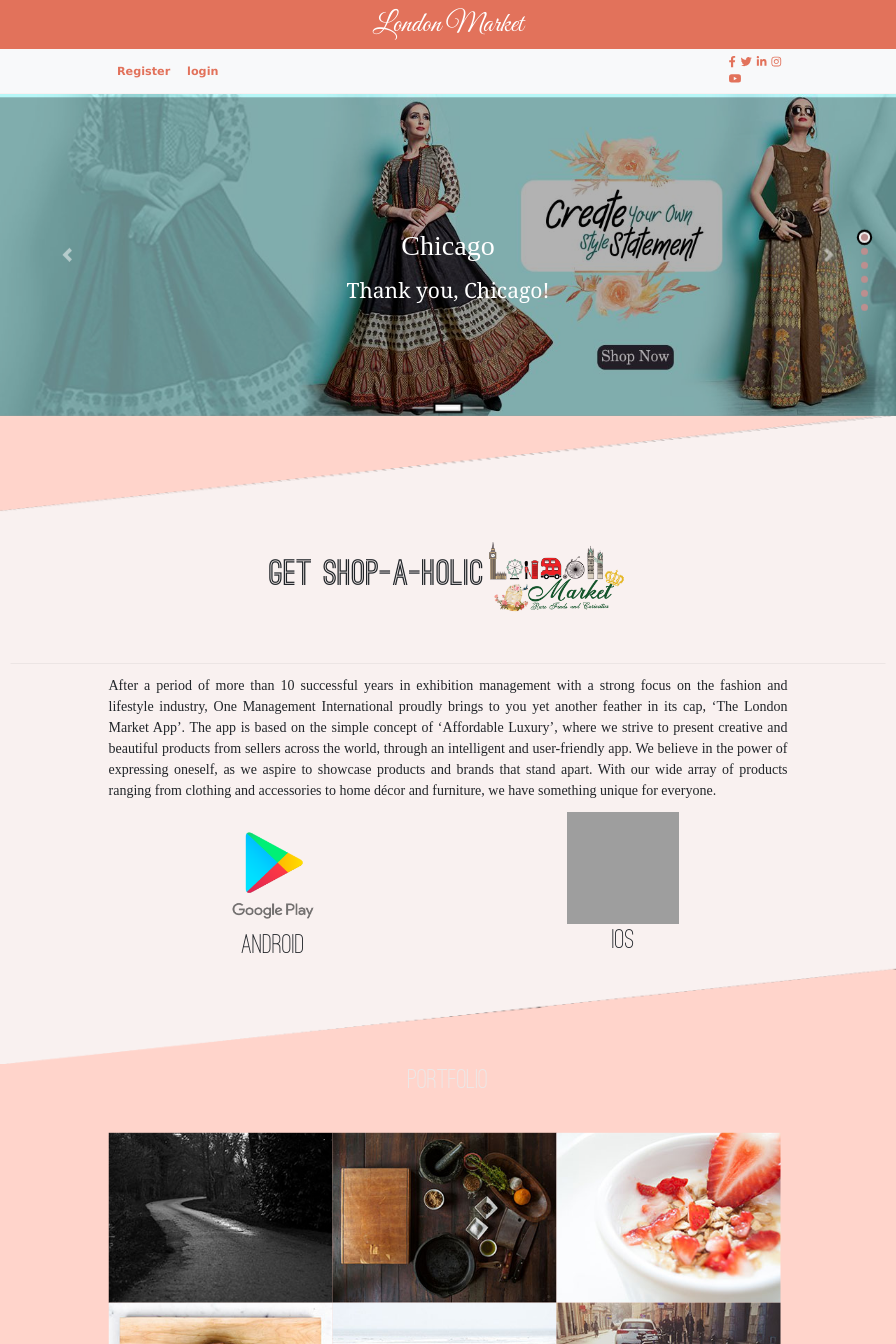
Repository: Demonster1999/newshoperrepo
Page: index.html
The author's editor kept a copy of each file at every save. The page is drawn from the files as they stood at one save, then again after the next save.
The browser window is 1280 px wide. The pictures show the part of the page from y = 0 to 1920 px (the page is 4111 px tall before and 4088 px after), at 70% of full size.
Pictures or frames that could not be fetched are drawn as grey boxes. Some web libraries are served in a nearby version.

Above is the page before, as saved 2020-07-21 13:26:26.
Console error: TypeError: Cannot read properties of null (reading 'getContext')

### index.html
<!DOCTYPE html>
<head>
	<meta charset="UTF-8">
	<title>London Market</title>
	<meta name="keywords" content="" />
	<meta name="description" content="" />
    <meta name="viewport" content="width=device-width, initial-scale=1.0">
    <!--
    	Roller Template
		http://www.london-market.com/preview/london-market_424_roller
	-->
	<link rel="stylesheet" href="https://fonts.googleapis.com/css2?family=Great+Vibes">
	<link href="http://fonts.googleapis.com/css?family=Open+Sans:300,400,700" rel="stylesheet" type="text/css">
	<!-- <link href="css/font-awesome.min.css" rel="stylesheet">FontAwesome Icons -->
	<link rel="stylesheet" href="https://cdnjs.cloudflare.com/ajax/libs/font-awesome/5.14.0/css/all.min.css"
		integrity="sha512-1PKOgIY59xJ8Co8+NE6FZ+LOAZKjy+KY8iq0G4B3CyeY6wYHN3yt9PW0XpSriVlkMXe40PTKnXrLnZ9+fkDaog=="
		crossorigin="anonymous" />
	<link rel="stylesheet" href="https://maxcdn.bootstrapcdn.com/bootstrap/4.0.0/css/bootstrap.min.css" integrity="sha384-Gn5384xqQ1aoWXA+058RXPxPg6fy4IWvTNh0E263XmFcJlSAwiGgFAW/dAiS6JXm" crossorigin="anonymous">
	<link rel="stylesheet" href="fonts/ostrich-sans.css">
	<link href="css/LondonMarket.css" rel="stylesheet" type="text/css">
	<link rel="stylesheet" href="css/into-to-app.css">
	<link rel="stylesheet" href="css/navbar.css">
	<link rel="stylesheet" href="css/carousel.css">

</head>
<body>
	<nav class="navbar custom-nav sticky-top p-0 m-0 ">
		<a class="navbar-brand mx-auto text-white" style="font-family: Great Vibes; font-size: 40px;" href="#">London Market</a>

	  </nav>

	<nav class="navbar third-nav navbar-expand-lg navbar-light bg-light">
		<div class="container">
			<button class="navbar-toggler navbar-toggler-icon" type="button" data-toggle="collapse" data-target="#navbarSupportedChontent"
			aria-controls="navbarSupportedContent" aria-expanded="false" aria-label="Toggle navigation">
			<span class=""></span>
		</button>


		<div class="collapse navbar-collapse" id="navbarSupportedContent">
			<ul class="navbar-nav  mr-auto text-center">

				<li class="nav-item">
					<a class=" " href="#">Register</a>
				</li>
				<li class="nav-item ">
					<a class="" href="#">login</a>
				</li>


		</div>
		<div class="   ">
			<!-- social icons  -->
			<button class="fab fa-facebook-f"></button>
			<button class="fab fa-twitter"></button>
			<button class="fab fa-linkedin-in"></button>
			<button class="fab fa-instagram"></button>
			<button class="fab fa-youtube"></button>
		</div>
		</div>

	</nav>


	<!-- nav with dots  -->
	<nav class="nav">
        <ul>
            <li class="dot1 active" id="ec1" data-toggle="tooltip" data-placement="left" title="Tooltip on left"></li>
            <li class="dot2" id="ec2" data-toggle="tooltip" data-placement="left" title="Tooltip on left"></li>
            <li class="dot3" id="ec3"  data-toggle="tooltip" data-placement="left" title="Tooltip on left"></li>
			<li class="dot4" id="ec4"  data-toggle="tooltip" data-placement="left" title="Tooltip on left"></li>
			<li class="dot5" id="ec5"  data-toggle="tooltip" data-placement="left" title="Tooltip on left"></li>
			<li class="dot5" id="ec5"  data-toggle="tooltip" data-placement="left" title="Tooltip on left"></li>
        </ul>
    </nav>

		<section class="" id="home">
			<div id="demo" class="carousel slide" data-ride="carousel">
				<ul class="carousel-indicators">
					<li data-target="#demo" data-slide-to="0" class="active"></li>
					<li data-target="#demo" data-slide-to="1"></li>
					<li data-target="#demo" data-slide-to="2"></li>
					<!-- <li data-target="#demo" data-slide-to="3"></li> -->
				</ul>
				<div class="carousel-inner">
					<div class="carousel-item active">
						<img src="images/carousel/carousel1.jpg" alt="Los Angeles"   >
						<div class="carousel-caption">
							<h3>Los Angeles</h3>
							<p>We had such a great time in LA!</p>
						</div>
					</div>
					<div class="carousel-item">
						<img src="images/carousel/carousel4.jpg" alt="Chicago"  >
						<div class="carousel-caption">
							<h3>Chicago</h3>
							<p>Thank you, Chicago!</p>
						</div>
					</div>
					<div class="carousel-item">
						<img src="images/carousel/cp11.jpg" alt="Chicago" >
						<div class="carousel-caption">
							<h3>Chicago</h3>
							<p>Thank you, Chicago!</p>
						</div>
					</div>
					<!-- <div class="carousel-item">
						<img src="images/images/lmimages/Adobe_20200716_143015.png" alt="Chicago">
						<div class="carousel-caption">
							<h3>Chicago</h3>
							<p>Thank you, Chicago!</p>
						</div>
					</div> -->
					<!-- <div class="carousel-item">
						<img src="images/carousel/carousel3.jpg" alt="New York" class=" w-100" style="height: 300px; max-height: 500px;">
						<div class="carousel-caption">
							<h3>New York</h3>
							<p>We love the Big Apple!</p>
						</div>
					</div> -->
				</div>
				<a class="carousel-control-prev" href="#demo" data-slide="prev">
					<span class="carousel-control-prev-icon"></span>
				</a>
				<a class="carousel-control-next" href="#demo" data-slide="next">
					<span class="carousel-control-next-icon"></span>
				</a>
			</div>
		</section>

<section class=" intro-to-app container-fluid">
	<img src="images/tm-border-black-top.png" class="w-100 img-top" alt="">
	<div class="container-fluid text-center ">
		<h1 class="mx-auto i "> Get Shop-a-holic</h1>
		<img src="images/images/lmimages/lm.png" class="p-0 m-0" width=200px height="200px" alt="" >

		<hr>


		<div class="container ">
			<p class="lead text-justify">After a period of more than 10 successful years in exhibition management with a strong focus on the fashion and
			lifestyle industry, One Management International proudly brings to you yet another feather in its cap, ‘The London
			Market App’.
			The app is based on the simple concept of ‘Affordable Luxury’, where we strive to present creative and beautiful
			products from sellers across the world, through an intelligent and user-friendly app. We believe in the power of
			expressing oneself, as we aspire to showcase products and brands that stand apart. With our wide array of products
			ranging from clothing and accessories to home décor and furniture, we have something unique for everyone.
</p>
               <div class="row">
<div class="col-md-6 p-2 text-center">
	<a href="https://play.google.com/store/apps/details?id=com.prpwebs.londonmarket" class="h1"> <img src="images/logos/play store.png" class=" " width="160px" height="160px" alt="play">
		<center> Android</center>
	</a>
</div>
<div class="col-md-6 text-center">
	<a href="" class="h1"> <img src="images/logos/hiclipart.com.png" class=" " width="160px" height="160px" alt="app">
		<center>ios</center>
	</a>

</div>
			   </div>

		</div>
	</div>
	<img src="images/tm-border-black-bottom.png" class="w-100 imgbottom" alt="">
</section>





		<section class="tm-dark-bg tm-section" id="portfolio">
			<div class="container">
				<div class="row">
					<div class="col-lg-12 col-md-12 col-sm-12 col-xs-12 text-center">
						<h1 class="tm-light-gray-text text-center text-uppercase">Portfolio</h1>
						<div class="tm-portfolio-images-container margin-top-50">
							<div class="tm-image-container">
								<div class="tm-portfolio-image-overlay text-center">
									<div class="absolute-center">
										<a href="#" class="fa fa-search"></a>
										<h2 class="text-uppercase tm-white-text">Lorem</h2>
										<p class="text-uppercase">sagittis</p>
									</div>
								</div>
								<img src="images/portfolio/01.jpg" alt="Portfolio 1">
							</div>
							<div class="tm-image-container">
								<div class="tm-portfolio-image-overlay">
									<div class="absolute-center">
										<a href="#" class="fa fa-search"></a>
										<h2 class="text-uppercase tm-white-text">Dimperdiet</h2>
										<p class="text-uppercase">Aliquam</p>
									</div>
								</div>
								<img src="images/portfolio/02.jpg" alt="Portfolio 2">
							</div>
							<div class="tm-image-container">
								<div class="tm-portfolio-image-overlay">
									<div class="absolute-center">
										<a href="#" class="fa fa-search"></a>
										<h2 class="text-uppercase tm-white-text">Pellentesque</h2>
										<p class="text-uppercase">noemer</p>
									</div>
								</div>
								<img src="images/portfolio/03.jpg" alt="Portfolio 3">
							</div>
							<div class="tm-image-container">
								<div class="tm-portfolio-image-overlay">
									<div class="absolute-center">
										<a href="#" class="fa fa-search"></a>
										<h2 class="text-uppercase tm-white-text">Aenean</h2>
										<p class="text-uppercase">pharetra</p>
									</div>
								</div>
								<img src="images/portfolio/04.jpg" alt="Portfolio 4">
							</div>
							<div class="tm-image-container">
								<div class="tm-portfolio-image-overlay">
									<div class="absolute-center">
										<a href="#" class="fa fa-search"></a>
										<h2 class="text-uppercase tm-white-text">condimentum</h2>
										<p class="text-uppercase">libero</p>
									</div>
								</div>
								<img src="images/portfolio/05.jpg" alt="Portfolio 5">
							</div>
							<div class="tm-image-container">
								<div class="tm-portfolio-image-overlay">
									<div class="absolute-center">
										<a href="#" class="fa fa-search"></a>
										<h2 class="text-uppercase tm-white-text">nulla</h2>
										<p class="text-uppercase">consectetur</p>
									</div>
								</div>
								<img src="images/portfolio/06.jpg" alt="Portfolio 6">
							</div>
							<div class="tm-image-container tm-show-hide">
								<div class="tm-portfolio-image-overlay">
									<div class="absolute-center">
										<a href="#" class="fa fa-search"></a>
										<h2 class="text-uppercase tm-white-text">Rondimentum</h2>
										<p class="text-uppercase">Sdui</p>
									</div>
								</div>
								<img src="images/portfolio/07.jpg" alt="Portfolio 7">
							</div>
							<div class="tm-image-container tm-show-hide">
								<div class="tm-portfolio-image-overlay">
									<div class="absolute-center">
										<a href="#" class="fa fa-search"></a>
										<h2 class="text-uppercase tm-white-text">imperdiet</h2>
										<p class="text-uppercase">Raugue</p>
									</div>
								</div>
								<img src="images/portfolio/08.jpg" alt="Portfolio 8">
							</div>
							<div class="tm-image-container tm-show-hide">
								<div class="tm-portfolio-image-overlay">
									<div class="absolute-center">
										<a href="#" class="fa fa-search"></a>
										<h2 class="text-uppercase tm-white-text">blandit</h2>
										<p class="text-uppercase">Aliquam</p>
									</div>
								</div>
								<img src="images/portfolio/09.jpg" alt="Portfolio 9">
							</div>
							<div class="tm-image-container tm-show-hide">
								<div class="tm-portfolio-image-overlay">
									<div class="absolute-center">
										<a href="#" class="fa fa-search"></a>
										<h2 class="text-uppercase tm-white-text">Praesent</h2>
										<p class="text-uppercase">Aliquam</p>
									</div>
								</div>
								<img src="images/portfolio/10.jpg" alt="Portfolio 10">
							</div>
							<div class="tm-image-container tm-show-hide">
								<div class="tm-portfolio-image-overlay">
									<div class="absolute-center">
										<a href="#" class="fa fa-search"></a>
										<h2 class="text-uppercase tm-white-text">Dimperdiet</h2>
										<p class="text-uppercase">Aliquam</p>
									</div>
								</div>
								<img src="images/portfolio/11.jpg" alt="Portfolio 11">
							</div>
							<div class="tm-image-container tm-show-hide">
								<div class="tm-portfolio-image-overlay">
									<div class="absolute-center">
										<a href="#" class="fa fa-search"></a>
										<h2 class="text-uppercase tm-white-text">Dimperdiet</h2>
										<p class="text-uppercase">Aliquam</p>
									</div>
								</div>
								<img src="images/portfolio/12.jpg" alt="Portfolio 12">
							</div>
						</div>
						<a href="javascript:;" class="tm-view-more tm-light-gray-text margin-top-50 text-center text-uppercase">View More</a>
					</div>
				</div>
			</div>
		</section> <!-- portfolio -->
		<section class="tm-section bg-white" id="testimonials" >
			<img src="images/tm-border-black-top.png" alt="Border" class="tm-border">
			<div class="container">
				<h1 class="text-uppercase text-center">Testimonials</h1>
				<div class="text-center margin-top-50 tm-testimonial-images-container">
					<div class="img-container">
						<div class="tm-img-circle-border absolute-center" data-comment="Sed velit elit, ornare cursus ex ac, tempor viverra mi. Vestibulum tincidunt egestas tellus, vel pharetra ante tincidunt sit amet. Vestibulum vitae velit eget metus interdum interdum." data-author="Jennifer Ves Tin" id="author1">
							<img src="images/testimonials/1.jpg" alt="Testimonial 1" class="img-circle tm-img-testimonial">
						</div>
					</div>
					<div class="img-container">
						<div class="tm-img-circle-border absolute-center" data-comment="Morbi posuere metus quam, vitae tempus nulla vehicula eu. Etiam vitae nunc faucibus, iaculis tellus eu, molestie turpis. Nam quis consequat leo. Nulla ac erat in libero porta commodo. Phasellus fringilla pharetra ullamcorper." data-author="Alicia Nulla Act" id="author2">
							<img src="images/testimonials/2.jpg" alt="Testimonial 2" class="img-circle tm-img-testimonial">
						</div>
					</div>
					<div class="img-container">
						<div class="tm-img-circle-border absolute-center active" data-comment="Suspendisse a maximus sem. Pellentesque consequat finibus metus a varius. Morbi placerat suscipit mi, in tincidunt ligula lobortis porttitor. Mauris mollis, ex sit amet sagittis elementum, tellus quam vestibulum ex, vitae cursus massa tortor et tortor." data-author="Dacilisis Luctus" id="author3">
							<img src="images/testimonials/3.jpg" alt="Testimonial 3" class="img-circle tm-img-testimonial">
						</div>

					</div>
					<div class="img-container">
						<div class="tm-img-circle-border absolute-center" data-comment="Donec laoreet nisl vel nisi posuere tempus quis at tortor. Curabitur egestas elementum est sit amet gravida. Quisque maximus diam eu turpis malesuada, in interdum massa efficitur. Vestibulum blandit pellentesque ipsum a fermentum. Duis id rutrum leo." data-author="Jessica Nisi Vel" id="author4">
							<img src="images/testimonials/4.jpg" alt="Testimonial 4" class="img-circle tm-img-testimonial">
						</div>
					</div>
					<div class="img-container">
						<div class="tm-img-circle-border absolute-center" data-comment="Integer aliquam nibh nulla, id elementum purus tempus quis. Etiam eu massa condimentum, consectetur turpis et, semper diam. Vivamus mauris ipsum, bibendum non tempor nec, ultricies a leo. Fusce eu efficitur diam. Praesent vel mi viverra leo finibus maximus sed in ipsum." data-author="Malicia Viva Fusce" id="author5">
							<img src="images/testimonials/5.jpg" alt="Testimonial 5" class="img-circle tm-img-testimonial">
						</div>
					</div>
				</div>
				<p class="text-center margin-top-50 tm-comment"><em>This is a place holder for different description text.</em></p>
				<p class="text-uppercase text-center tm-author tm-orange-text">Author Name</p>
				<hr class="tm-author-name-underline">
			</div>
		</section> <!-- testimonials -->
		<section class="tm-section tm-orange-bg" id="contact" >
			<img src="images/tm-border-white-top.png" alt="Border" class="tm-border">
			<div class="container">
				<h1 class="text-uppercase text-center">Contact Us</h1>
				<p class="text-center margin-top-50">Phasellus sed rutrum quam. Aenean mollis nec metus quis fringilla. Aliquam interdum risus quis sem rhoncus, vel iaculis lorem pulvinar. Maecenas in lorem non quam bibendum auctor vel lobortis sem.</p>
				<div class="row margin-top-50">
					<div class="col-lg-6 col-md-6 col-sm-6 col-xs-12">
						<div id="map-canvas"></div>
					</div>
					<div class="col-lg-6 col-md-6 col-sm-6 col-xs-12">
						<form action="#" method="post" class="tm-contact-form">
							<div class="form-group">
								<input type="text" id="contact_name" class="form-control" placeholder="NAME..." />
							</div>
							<div class="form-group">
								<input type="text" id="contact_email" class="form-control" placeholder="EMAIL..." />
							</div>
							<div class="form-group">
								<input type="text" id="contact_subject" class="form-control" placeholder="SUBJECT..." />
							</div>
							<div class="form-group">
								<textarea id="contact_message" class="form-control" rows="8" placeholder="WRITE A MESSAGE..."></textarea>
							</div>
							<button type="submit" class="btn text-uppercase tm-dark-bg tm-orange-text tm-send-btn">Send</button>
						</form>
					</div>
				</div>
			</div>
			<img src="images/tm-border-black-bottom.png" alt="Border" class="tm-border">
		</section> <!-- contact -->


	<footer class="text-right tm-dark-bg">
		<p class="text-uppercase container small">Copyright &copy; 2084 <a href="#">Company Name</a></p>
	</footer>
	<script src="js/jquery-1.11.1.min.js" ></script>
	<!-- <script src="https://code.jquery.com/jquery-3.5.1.min.js"
		integrity="sha256-9/aliU8dGd2tb6OSsuzixeV4y/faTqgFtohetphbbj0=" crossorigin="anonymous"></script> -->
		<script src="https://cdnjs.cloudflare.com/ajax/libs/font-awesome/5.14.0/js/all.min.js"
			integrity="sha512-YSdqvJoZr83hj76AIVdOcvLWYMWzy6sJyIMic2aQz5kh2bPTd9dzY3NtdeEAzPp/PhgZqr4aJObB3ym/vsItMg=="
			crossorigin="anonymous"></script>
<script src="https://cdnjs.cloudflare.com/ajax/libs/popper.js/1.12.9/umd/popper.min.js" integrity="sha384-ApNbgh9B+Y1QKtv3Rn7W3mgPxhU9K/ScQsAP7hUibX39j7fakFPskvXusvfa0b4Q" crossorigin="anonymous"></script>
<script src="https://maxcdn.bootstrapcdn.com/bootstrap/4.0.0/js/bootstrap.min.js" integrity="sha384-JZR6Spejh4U02d8jOt6vLEHfe/JQGiRRSQQxSfFWpi1MquVdAyjUar5+76PVCmYl" crossorigin="anonymous"></script>
	<script src="js/LondonMarket.js"></script>
	<script src="js/scrollnav.js"></script>
</body>
</html>

### css/into-to-app.css
.intro-to-app{

    padding: 0;
    background-color:#F9F1F0;

}
.intro-to-app img{
    display: inline;
}
.intro-to-app h1{
    font-family: ostrich sans ;
    font-weight: bold;
    display: inline;
    font-size: 50px;

}
.intro-to-app p{
    font-family: hevletica;

}
.imgbottom{
    width: 200%;
    margin: 0;

    position: relative;

}

.img-top{
    margin: 0;
    position: relative;



}

### css/navbar.css
.custom-nav {
    background-color: #e2725b;

}
.custom-nav {
    color: #fff;
    font-size: 25px;

}

/* thirdnav  */
.third-nav a{
    color: black;
    font-family: 'Lucida Sans', 'Lucida Sans Regular', 'Lucida Grande', 'Lucida Sans Unicode', Geneva, Verdana, sans-serif;
    font-weight: bold;
    color: #e2725b;
}
.third-nav ul li{
    margin-left: 10%;
    margin-right: 10%;
}
.third-nav .fa-facebook-f,.fa-twitter,.fa-linkedin-in,.fa-instagram,.fa-youtube{
    margin-left: 2%;
    margin-right: 2%;
    color:#e2725b;

}
/* thirdnav end  */

.nav {
    position: fixed;
    top: 45%;
    bottom: 30%;
    right: 0;
	width: 60px;
	z-index: 50;
}

.nav ul {
	list-style: none;
}


.nav li {
    width: 10px;
	height: 10px;
	margin: 10px;
    border-radius: 100%;
    background-color: rosybrown;
    cursor: pointer;
    transition: .5s;
}

.dot1 {
    background-color: rgb(82, 43, 43);
}

.dot2 {
    background-color: rgb(24, 73, 44);
}

.dot3 {
    background-color: rgb(73, 58, 204);
}

.dot4 {
    background-color: rgb(58, 70, 31);
}

.active {
    box-shadow: 0 0 0 3px #fffffff1, 0 0 0 6px #000;
}

### css/carousel.css
#home .carousel-inner img {
    min-width: 100%;
    min-height: 320px;
    max-height: 500px;
    max-resolution: 0;
  }


  #home .carousel-inner .carousel-caption{
    position: absolute;
    font-size: 30px;
    background-color: rgba(0,0, 0, 0.3);
    width: 100%;
    margin: 0;
    left: 0;
    right: 0;
    height: 100%;
    top: 5px;

  }

    #home .carousel-inner .carousel-caption h3{
      position: relative;
      top: 40%;
      font-family:fantasy;

      font-size: 40px;
    }
    #home .carousel-inner .carousel-caption p{
      position: relative;
      top: 42%;
      font-family: Cambria, Cochin, Georgia, Times, 'Times New Roman', serif;

    }
    .carousel-control-prev,.carousel-control-next{
      z-index: 50;
    }

Loaded but not shown: fonts/ostrich-sans.css (common file); js/jquery-1.11.1.min.js (library); js/LondonMarket.js (359 lines, source omitted); js/scrollnav.js (48 lines, source omitted); css/LondonMarket.css (433 lines, source omitted)

After the next save:
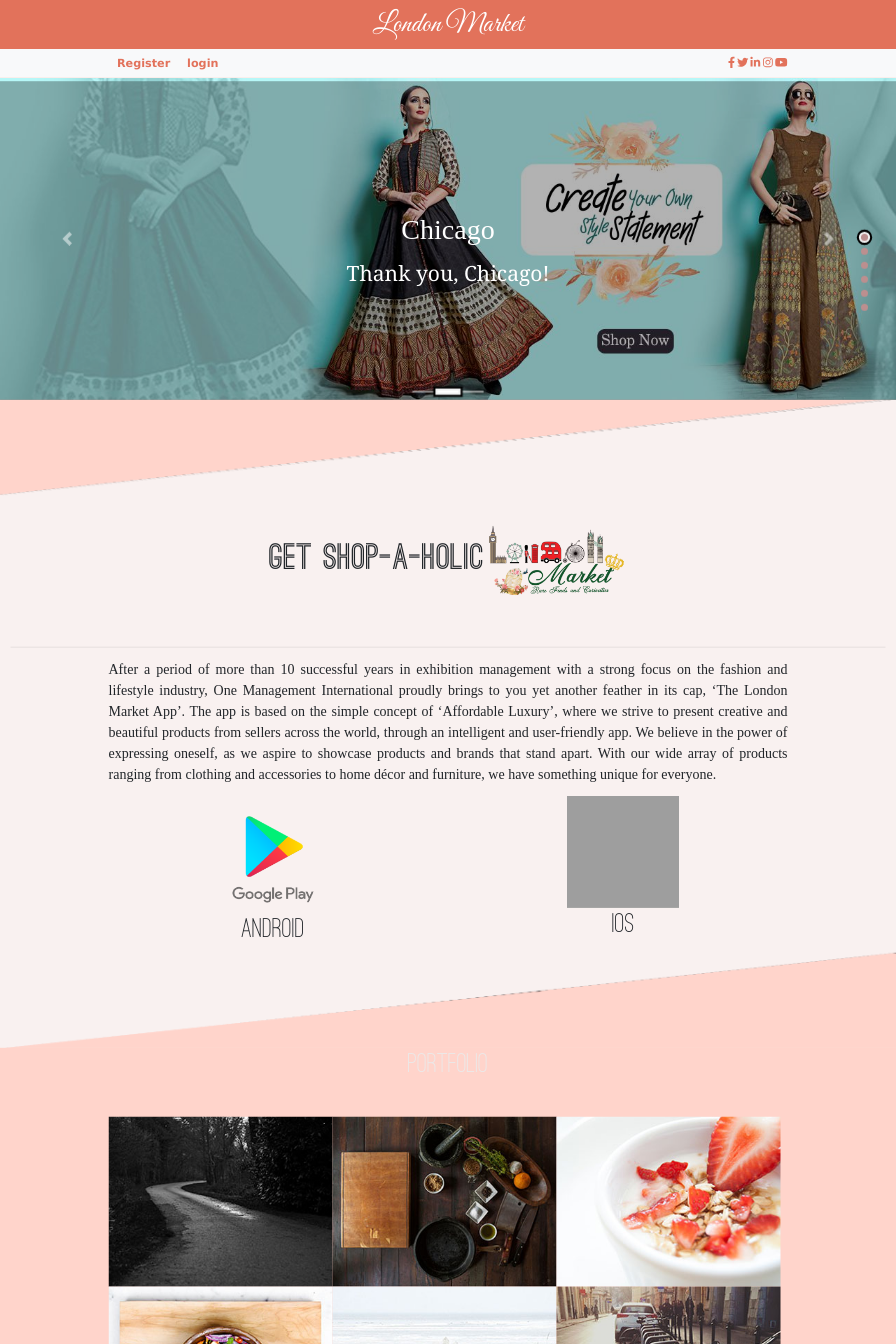
Saved 8 s later.
--- a/css/navbar.css
+++ b/css/navbar.css
@@ -20,8 +20,7 @@
     margin-right: 10%;
 }
 .third-nav .fa-facebook-f,.fa-twitter,.fa-linkedin-in,.fa-instagram,.fa-youtube{
-    margin-left: 2%;
-    margin-right: 2%;
+
     color:#e2725b;
 
 }
